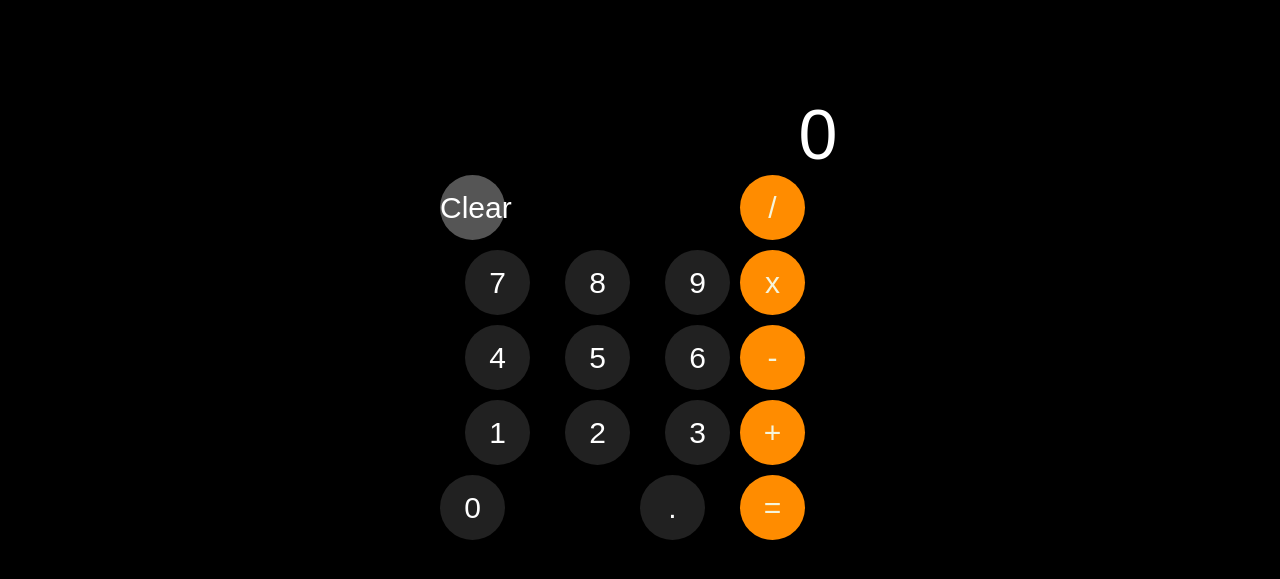
Repository: kocokoy/Calculator
Page: index.html
The author's editor kept a copy of each file at every save. The page is drawn from the files as they stood at one save, then again after the next save.
The browser window is 1280 px wide. The pictures show the whole page.

Above is the page before, as saved 2024-10-23 09:25:35.

### index.html
<!DOCTYPE html>
<html lang="en">
<head>
  <meta charset="UTF-8">
  <meta name="viewport" content="width=device-width, initial-scale=1.0">
  <link rel="stylesheet" href="/style.css">
  <title>Document</title>
</head>
<body>
  <div class="container">
    <div class="output-number">
      <div class="number"></div>
    </div>
    <div class="calculator-container">
      <div class="number-and-clear-container">
        <div class="clear-button-container">
        </div>
        <div class="number-container">

        </div>
        <div class="zero-button-container">
        </div>
      </div>
      <div class="operator-container"></div>
    </div>
  </div>
  <script src="/script.js"></script>
</body>
</html>

### style.css
body{
  padding: 0;
  margin: 0;
  height: 100%;
  background-color: black;
  font-family: Arial, Helvetica, sans-serif;
}
button{
  border: none;
  border-radius: 50%;
  height: 65px;
  width: 65px;
  margin: 0;
  padding: 0;
  font-size: 30px;
  cursor: pointer;
}
.container{
  display: flex;
  align-items: center;
  justify-content: center;
  flex-direction: column;
  height: 100vh;
}
.calculator-container{
  display: flex;
  align-items: center;
  justify-content: center;
}
.number-and-clear-container{
  height: 450px;
  width: 300px;
  display: block;
}
.clear-button-container{
  display: grid;
  grid-template-columns: 1fr;
  margin-bottom: 10px;
}
.clear-button-container button{
  margin-right: 10px;
  background-color: rgb(85, 85, 85);
  color: rgb(255, 255, 255);
}
.number-container{
  display: grid;
  grid-template-columns: 1fr 1fr 1fr;
  direction: rtl;
}
.number-container button{
  margin-bottom: 10px;
  margin-right: 10px;
  background-color: hsl(0, 0%, 13%);
  color: white;
}
.zero-button-container{
  display: grid;
  grid-template-columns: 1fr 100px;
}
.zero-button-container button{
  margin-right: 10px;
  background-color: hsl(0, 0%, 13%);
  color: white;
}

.operator-container{
  height: 450px;
  width: 100px;
  display: flex;
  flex-direction: column;
}
.operator-container button{
  font-size: 30px;
  margin-bottom: 10px;
  color: beige;
  background-color: hsl(33, 100%, 50%);
}

.output-number{
  height: 70px;
  width: 395px;
  margin-bottom: 10px;
  display: flex;
  justify-content: end;
  font-size: 70px;
  color: white;
}

### script.js
const calculatorButton = ['Clear',1,2,3,4,5,6,7,8,9,0,'.'];
const operatorContent = ['/','x','-','+','='];
const numberContainer = document.querySelector('.number-container');
const clearButtonContainer = document.querySelector('.clear-button-container');
const zeroButtonContainer = document.querySelector('.zero-button-container');
const operatorContainer = document.querySelector('.operator-container');
const outputElement = document.querySelector('.number');

let num1 = '';
let num2 = '';
let operator = '';
let result = 0;
let equals ='';
let html = '';
displayButton();


function displayButton(){
  const descendedNumber = calculatorButton.sort((a,b) => b-a);
  outputElement.textContent = '0';
  for(const num of descendedNumber){
    const button = document.createElement('button');
    if(num === 'Clear'){
      button.classList.add('clear-button');
      button.textContent = num;
      clearButtonContainer.appendChild(button);
    }else if(num === 0 || num === '.'){
      button.classList.add('zero-button');
      button.textContent = num;
      zeroButtonContainer.appendChild(button);
    }else{
      button.classList.add('number-button');
      button.textContent = num;
      numberContainer.appendChild(button);
    }
  }

  operatorContent.forEach(operand => {
    const button = document.createElement('button');
    button.classList.add('operator-button');
    button.textContent = operand;
    operatorContainer.appendChild(button);
  });

  buttonsClicked();
}

function buttonsClicked(){
  const operatorButton = document.querySelectorAll('.operator-button');
  operatorButton.forEach((operButton,i) => {
    operButton.addEventListener('click', () => {
      if(operButton.textContent != '='){
        operator = operButton.textContent;
        // outputElements(operator);
      }else{
        if(num1 && num2 && operator){
          equals = operButton.textContent;
        }
        if(equals === '='){
          console.log(equals);
          console.log(`${num1}${operator}${num2}`)
          operate(num1,num2,operator);
        }
      }

    })
  })
}

const numberButton = document.querySelectorAll('.number-button');
numberButton.forEach((numButton,i) => {
  numButton.addEventListener('click', () => {
    console.log(numButton);
    if (operator === '') {
      num1 += numButton.textContent;
      outputElements(numButton.textContent);
      console.log('Num1:', num1);
    } else {
      num2 += numButton.textContent;
      outputElements(numButton.textContent);
      console.log('Num2:', num2);
    }
  })
})

const clearButton = document.querySelector('.clear-button');
clearButton.addEventListener('click',() => {
  clearContent();
  outputElement.textContent = '';
  numberContainer.appendChild(html);
  displayButton();
})

function clearContent(){
  num1 = result;
  num2 = '';
  operator = '';
  result = 0;
  equals ='';
  html = '';
  console.log(numberContainer);
}


function outputElements(a){
  if(num1 && num2 && operator && equals){
    outputElement.textContent = '';
    outputElement.textContent = a;
    clearContent();
  }else{
    if(operator === ''){
      html+=a;
      outputElement.textContent = html;
    }else{
      html = '';
      html+=a;
      outputElement.textContent = html;
    }
  }
}

function operate(num1,num2,operator){
  number1 = parseInt(num1,10);
  number2 = parseInt(num2,10);
  if(operator === '+'){
    addOperator(number1,number2);
  }else if(operator === '-'){
    minusOperator(number1,number2);
  }else if(operator === '*'){
    timesOperator(number1,number2);
  }else if(operator === '/'){
    divideOperator(number1,number2);
  }
}

const addOperator = (a,b) => {
  console.log(a,b);
  result = a + b;
  outputElements(result);
}

const minusOperator = (a,b) => {
  result = a-b;
  outputElements(result);
  return console.log(result);
}

const timesOperator = (a,b) => {
  result = a*b;
  outputElements(result);
}

const divideOperator = (a,b) => {
  sum = a/b;
  outputElements(result);
}

After the next save:
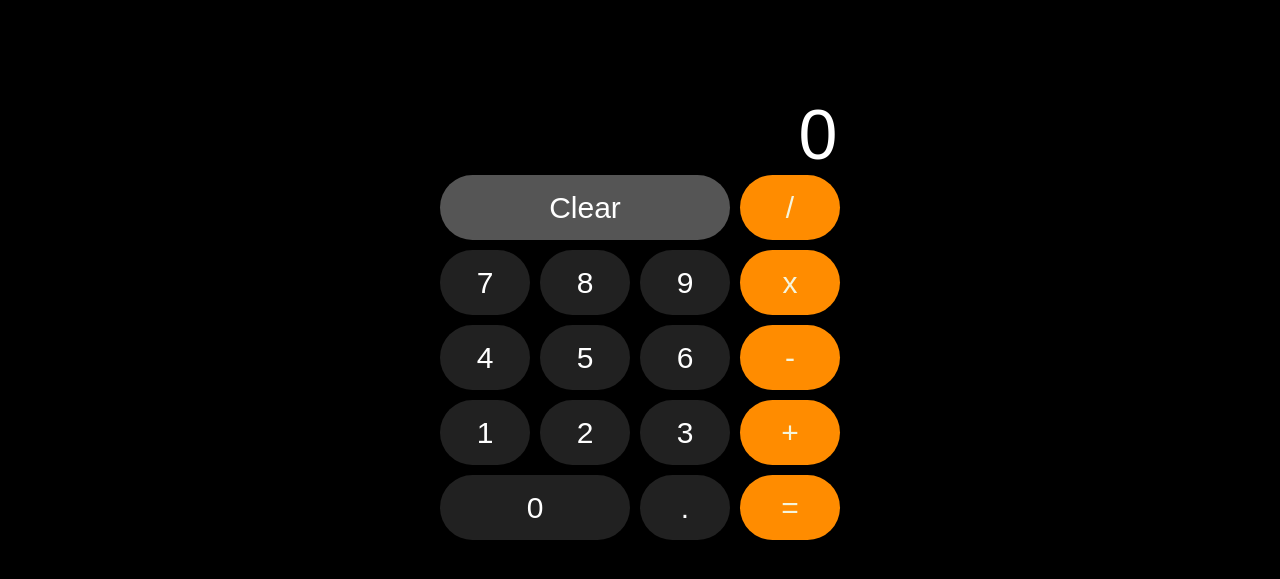
Saved 11 s later.
--- a/style.css
+++ b/style.css
@@ -7,9 +7,8 @@ body{
 }
 button{
   border: none;
-  border-radius: 50%;
+  border-radius: 100px;
   height: 65px;
-  width: 65px;
   margin: 0;
   padding: 0;
   font-size: 30px;
